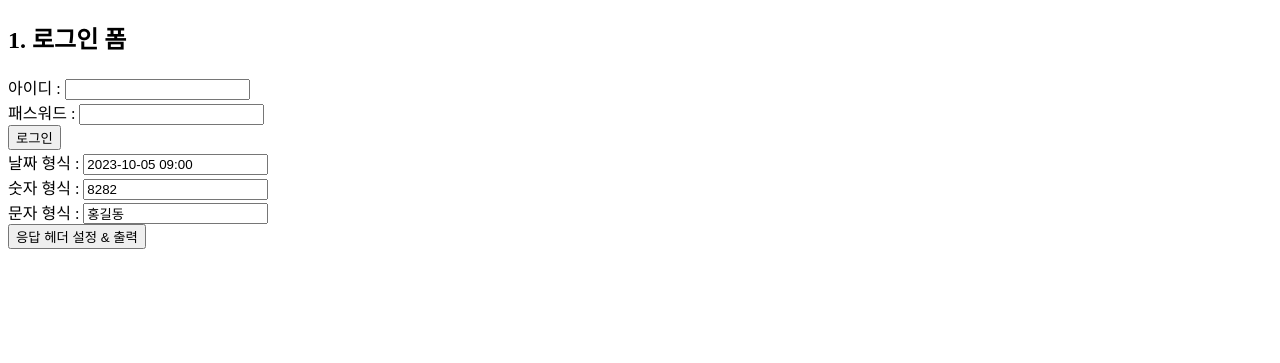
Repository: EunJi9739/02Workspaces
Page: http://localhost/MustHaveJSP/02ImplicitObject/ResponseMain.jsp
An editor plug-in stored every save of this project. The page is shown before and after the next save, followed by the edit.
The browser window is 1280 px wide. The pictures show the whole page.
The page is served by Tomcat 9. Other server files are loaded and not shown.

Above is the page before, as saved 2023-10-05 07:23:36.

### eclipse-workspace/MustHaveJSP/WebContent/02ImplicitObject/ResponseMain.jsp
<%@ page language="java" contentType="text/html; charset=UTF-8"
    pageEncoding="UTF-8"%>
<!DOCTYPE html>
<html>
<head>
<meta charset="UTF-8">
<title>내장 객체 - response</title>
</head>
<body>
	<h2>1. 로그인 폼</h2>
	<%
	String loginErr = request.getParameter("loginErr");
	if(loginErr != null) out.print("로그인 실패");
	%>

	<form action="./ResponseLogin.jsp" method="post">
		아이디 : <input type="text" name="user_id"><br>
		패스워드 : <input type="password" name="uset_pwd"><br>
		<input type="submit" value="로그인">
	</form>

	<form action="./ResponseHeader.jsp" method="get">
		날짜 형식 : <input type="text" name="add_date" value="2023-10-05 09:00"><br>
		숫자 형식 : <input type="text" name="add_int" value="8282"><br>
		문자 형식 : <input type="text" name="add_str" value="홍길동"><br>
		<input type="submit" value="응답 헤더 설정 & 출력">
	</form>
</body>
</html>

After the next save:
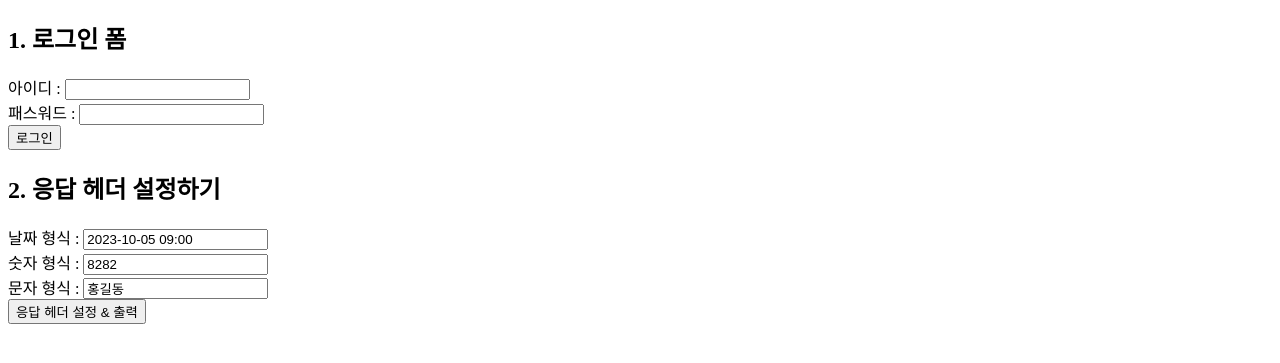
Saved 30 s later.
--- a/eclipse-workspace/MustHaveJSP/WebContent/02ImplicitObject/ResponseMain.jsp
+++ b/eclipse-workspace/MustHaveJSP/WebContent/02ImplicitObject/ResponseMain.jsp
@@ -19,6 +19,7 @@
 		<input type="submit" value="로그인">
 	</form>
 
+	<h2>2. 응답 헤더 설정하기</h2>
 	<form action="./ResponseHeader.jsp" method="get">
 		날짜 형식 : <input type="text" name="add_date" value="2023-10-05 09:00"><br>
 		숫자 형식 : <input type="text" name="add_int" value="8282"><br>
